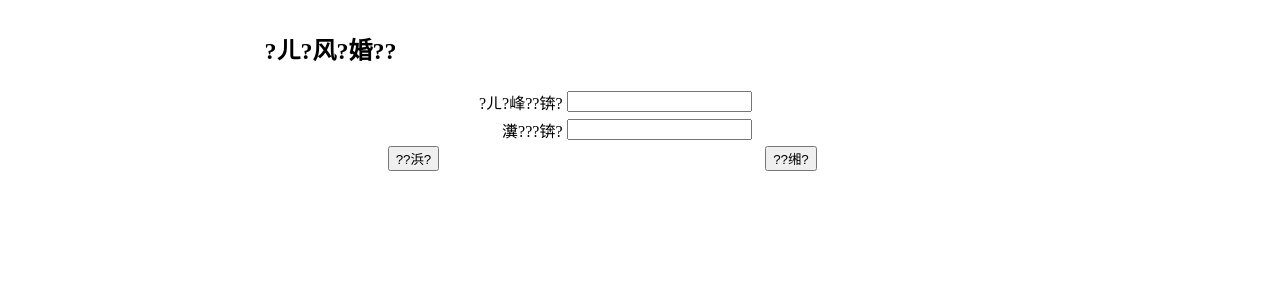
Repository: Lansefanggezi/JavaWeb
Page: http://localhost/Login-MVC/
An editor plug-in stored every save of this project. The page is shown before and after the next save, followed by the edit.
The browser window is 1280 px wide. The pictures show the whole page.
The page is served by Tomcat 9.

Above is the page before, as saved 2018-04-01 01:59:06.

After the next save:
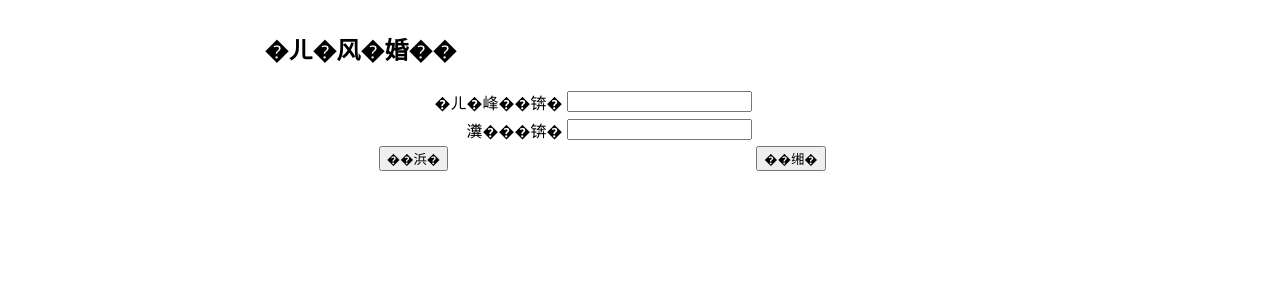
Saved 75 s later.
--- a/Login-MVC/WebContent/Login.jsp
+++ b/Login-MVC/WebContent/Login.jsp
@@ -1,4 +1,4 @@
-<%@ page language="java" contentType="text/html; charset=gb2312"
+<%@ page language="java" contentType="text/html; charset=UTF-8"
     pageEncoding="gb2312"%>
 <!DOCTYPE html PUBLIC "-//W3C//DTD HTML 4.01 Transitional//EN" "http://www.w3.org/TR/html4/loose.dtd">
 <html>
